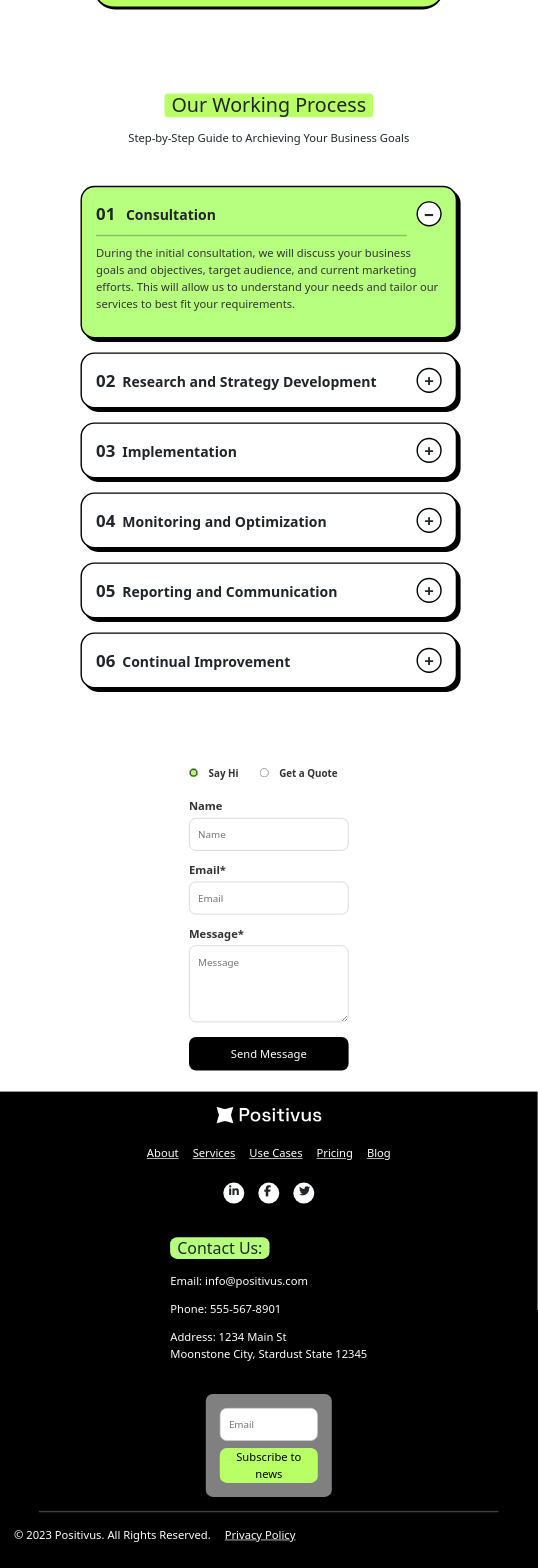
Repository: inshaabbas/CSS-Hackathon-SMIT
Page: index.html
An editor plug-in stored every save of this project. The page is shown before and after the next save, followed by the edit.
The browser window is 768 px wide. The pictures show the part of the page from y = 1759 to 3999 px (the page is 3999 px tall), at 70% of full size.
A picture or video elsewhere on the page could not be fetched, so the positions and the page height are approximate.

Above is the page before, as saved 2025-06-25 11:45:25.

After the next save:
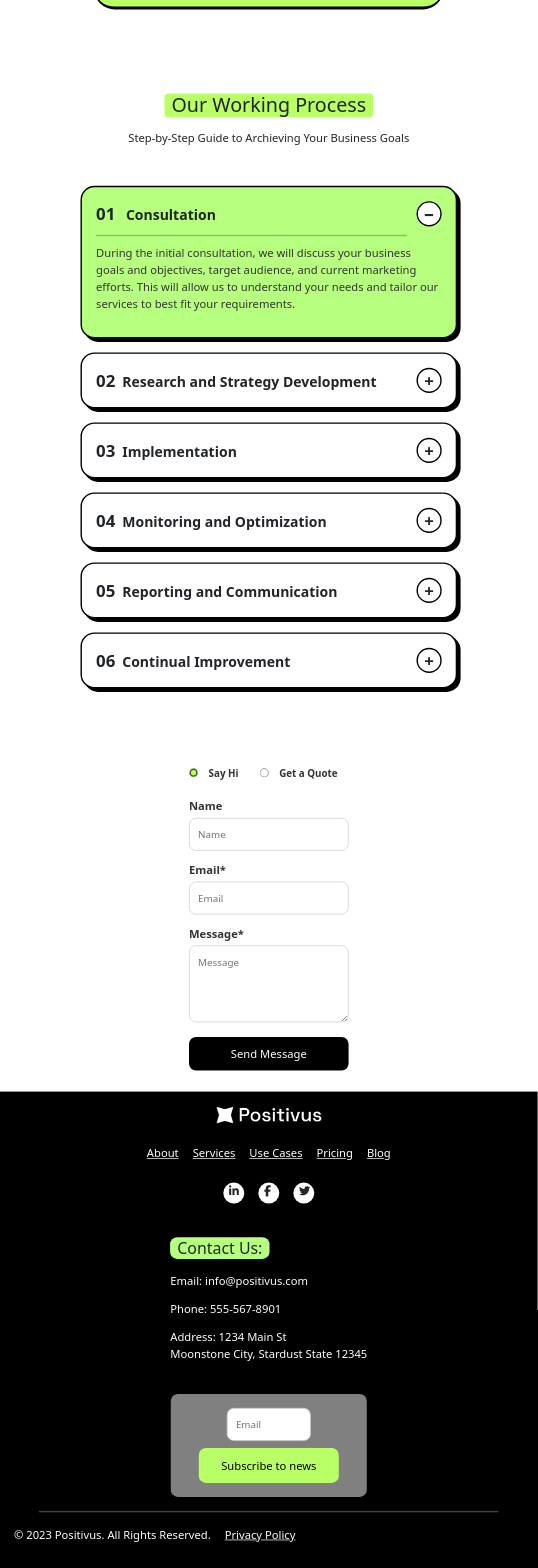
Saved 21 s later.
--- a/style.css
+++ b/style.css
@@ -688,7 +688,7 @@ hr{
         width: 280px;
     }
 
-    .fot-input{
+    .fot-input input{
     max-width: 180px;
     width: 50%;
 }
